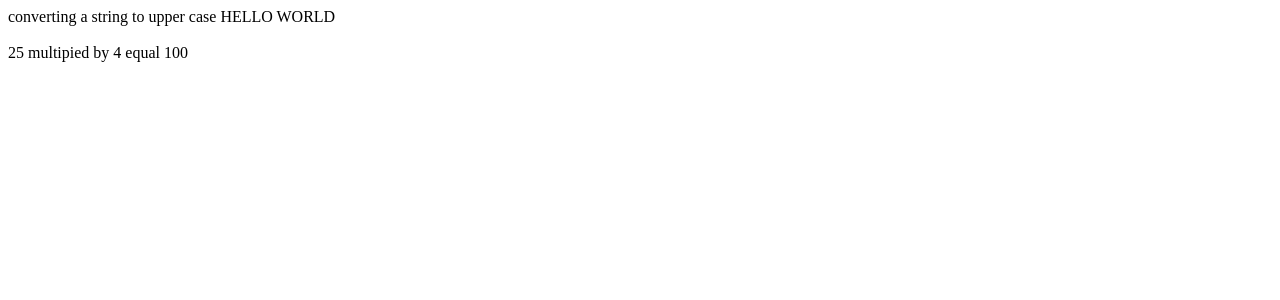
Repository: Ajinkya7777/Spring_Core
Page: http://localhost/jspdemo/expressiontest.jsp
An editor plug-in stored every save of this project. The page is shown before and after the next save, followed by the edit.
The browser window is 1280 px wide. The pictures show the whole page.
The page is served by Tomcat 9. Other server files are loaded and not shown.

Above is the page before, as saved 2023-01-20 10:29:21.

### eclipse-workspace/jspdemo/WebContent/expressiontest.jsp
<%@ page language="java" contentType="text/html; charset=ISO-8859-1"
    pageEncoding="ISO-8859-1"%>
<!DOCTYPE html>
<html>
<head>
<meta charset="ISO-8859-1">
<title>Insert title here</title>
</head>
<body>

	converting a string to upper case <%= new String ("hello World").toUpperCase() %>

	<br><br>

	25 multipied by 4 equal <%= 25*4 %>

</body>
</html>

After the next save:
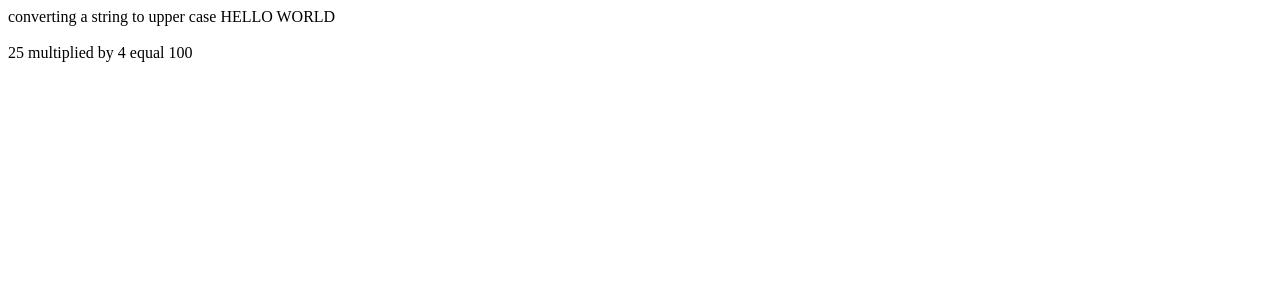
Saved 5 s later.
--- a/eclipse-workspace/jspdemo/WebContent/expressiontest.jsp
+++ b/eclipse-workspace/jspdemo/WebContent/expressiontest.jsp
@@ -12,7 +12,7 @@
 
 	<br><br>
 
-	25 multipied by 4 equal <%= 25*4 %>
+	25 multiplied by 4 equal <%= 25*4 %>
 
 </body>
 </html>
